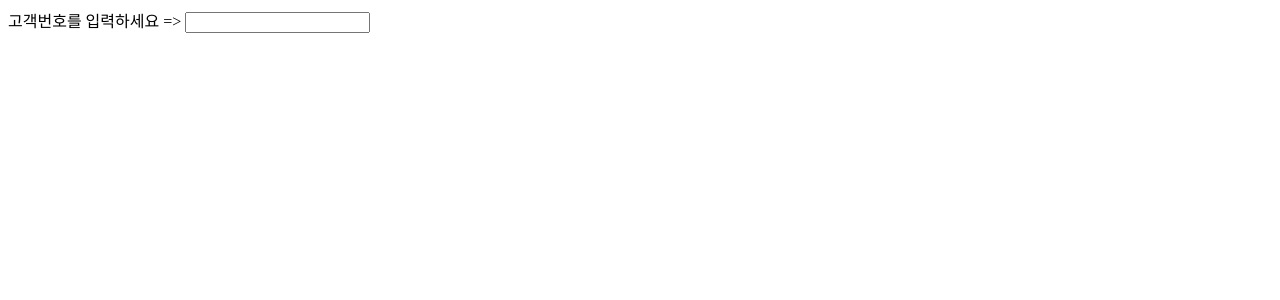
Repository: JUNGJAYOUNG/database_web
Page: http://localhost/day1109/searchOrders.jsp
The author's editor kept a copy of each file at every save. The page is drawn from the files as they stood at one save, then again after the next save.
The browser window is 1280 px wide. The pictures show the whole page.
The page is served by Tomcat 9. Other server files are loaded and not shown.

Above is the page before, as saved 2021-11-09 05:40:59.

### day1109/src/main/webapp/searchOrders.jsp
<%@ page language="java" contentType="text/html; charset=EUC-KR"
    pageEncoding="EUC-KR"%>
<!DOCTYPE html>
<html>
<head>
<meta charset="EUC-KR">
<title>Insert title here</title>
</head>
<body>
	<form action="searchOrders.jsp" method="post">
		고객번호를 입력하세요 => <input type="text" values="custid">
	</form>
</body>
</html>

After the next save:
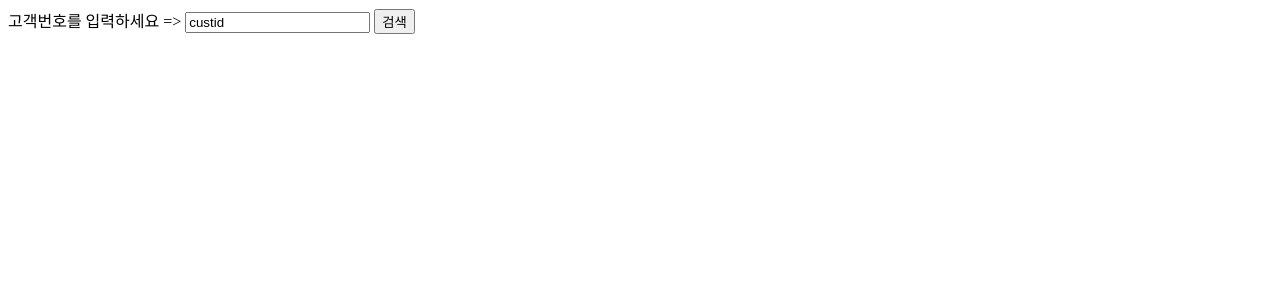
Saved 30 s later.
--- a/day1109/src/main/webapp/searchOrders.jsp
+++ b/day1109/src/main/webapp/searchOrders.jsp
@@ -8,7 +8,8 @@
 </head>
 <body>
 	<form action="searchOrders.jsp" method="post">
-		고객번호를 입력하세요 => <input type="text" values="custid">
+		고객번호를 입력하세요 => <input type="text" value="custid">
+		<input type="submit" value="검색">
 	</form>
 </body>
 </html>
